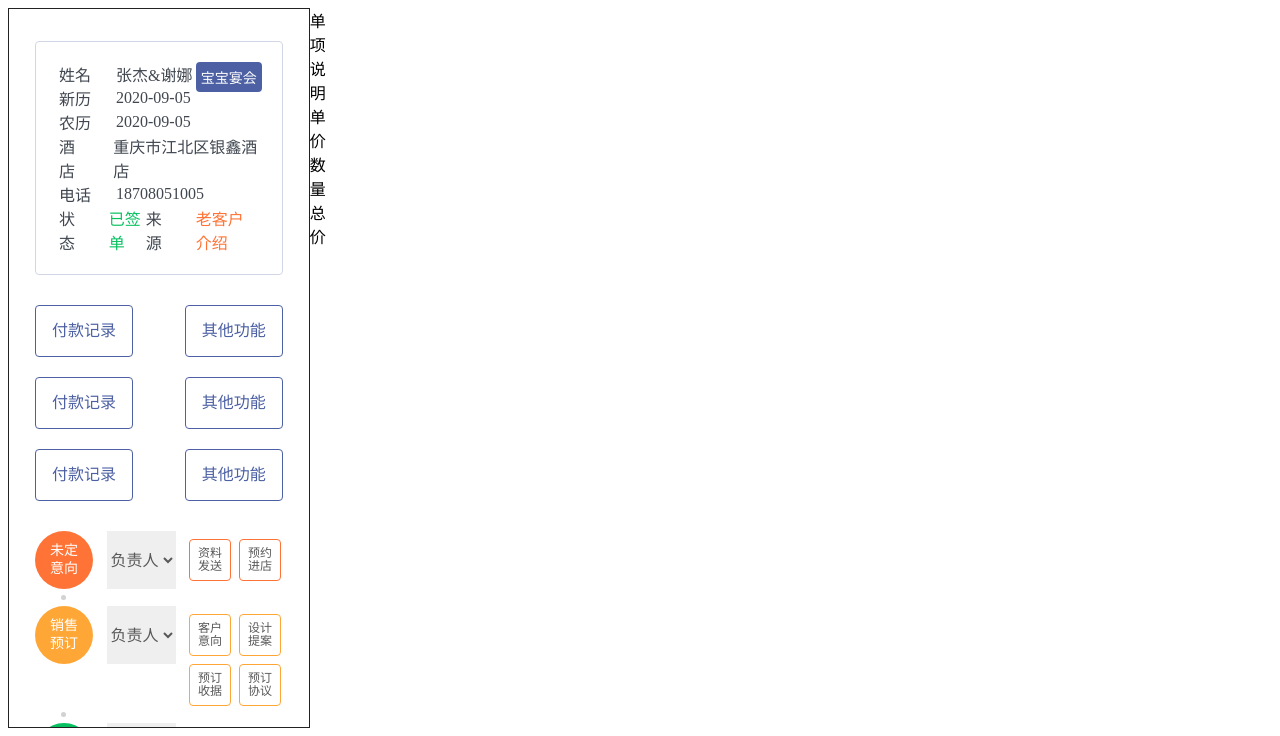
Repository: Lairuola/wedding-1
Page: index.html
An editor plug-in stored every save of this project. The page is shown before and after the next save, followed by the edit.
The browser window is 1280 px wide. The pictures show the whole page.

Above is the page before, as saved 2020-12-24 15:34:58.

After the next save:
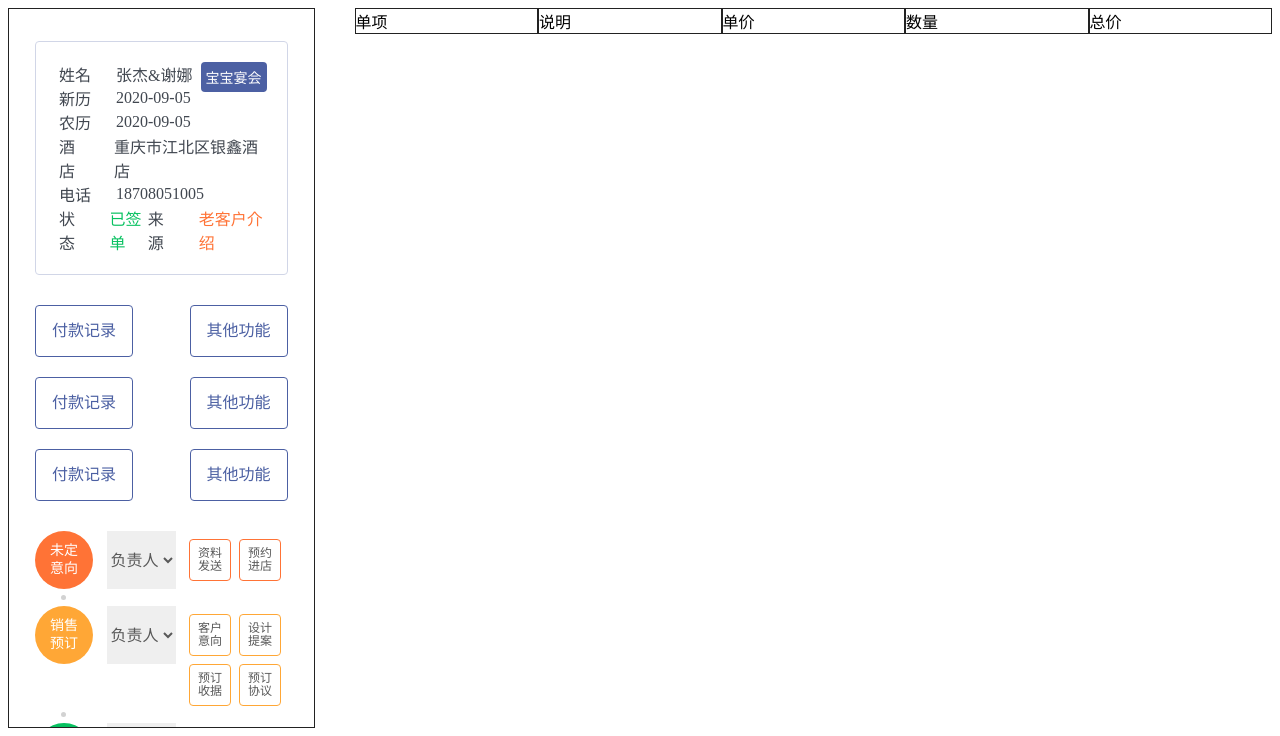
Saved 22 s later.
--- a/index.html
+++ b/index.html
@@ -2,7 +2,7 @@
  * @Author       : 濑若拉
  * @Date         : 2020-12-17 10:22:14
  * @LastEditors  : 濑若拉
- * @LastEditTime : 2020-12-24 15:34:56
+ * @LastEditTime : 2020-12-24 15:35:20
  * @FilePath     : /slidebar/index.html
 -->
 
@@ -472,7 +472,7 @@
       </div>
     </div>
   </div>
-  <table class="my-table">
+  <div class="my-table">
     <div class="rows">
       <div class="item">单项</div>
       <div class="item">说明</div>
@@ -480,7 +480,7 @@
       <div class="item">数量</div>
       <div class="item">总价</div>
     </div>
-  </table>
+  </div>
 </body>
 
 </html>
